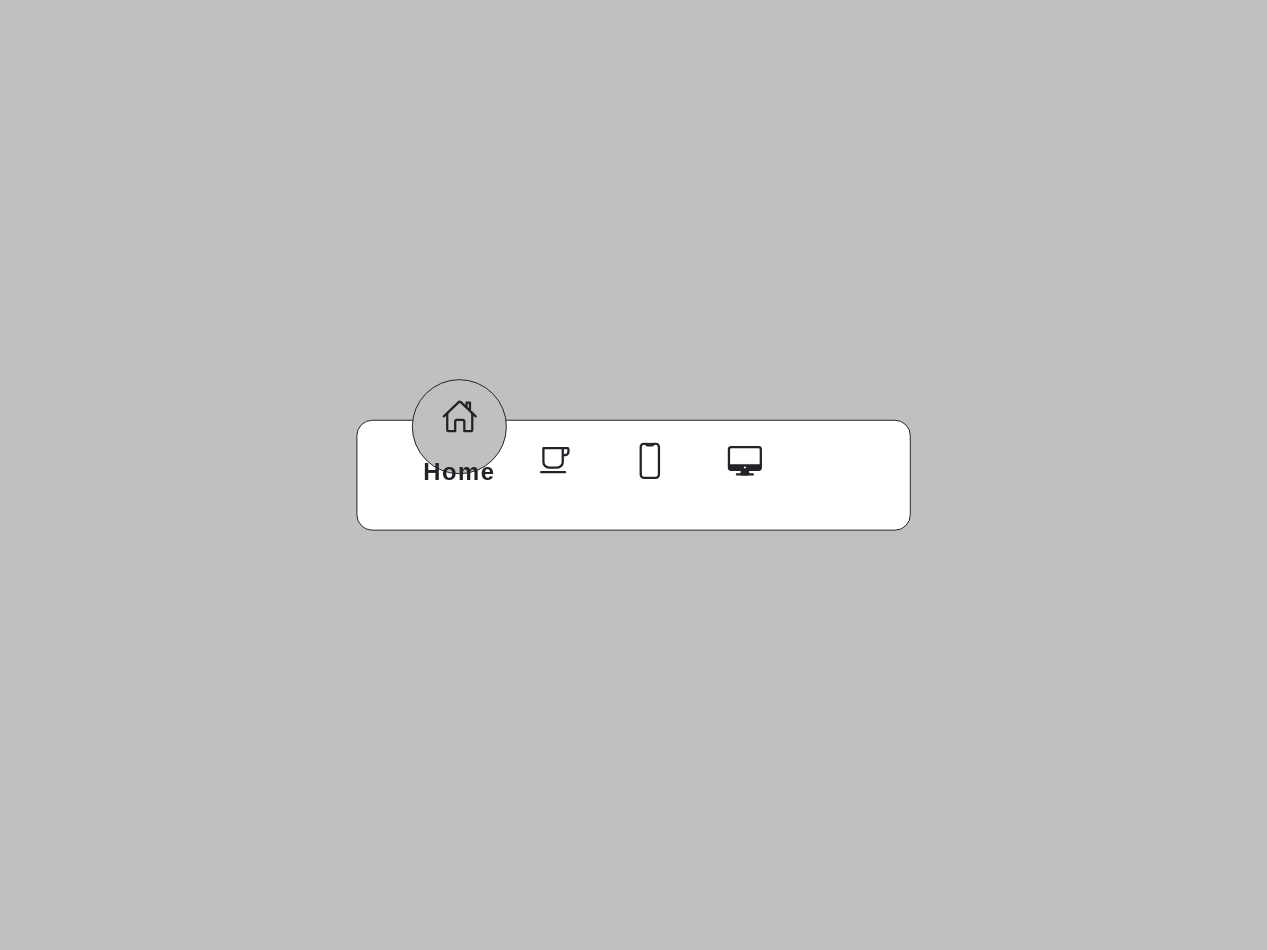
Repository: DevJoeYC/Metabukcs
Page: http://localhost/metabucks/
These files come from the project's save history. The page is drawn as it stood at one moment and after the next save; the edit follows.
The browser window is 1280 px wide. The pictures show the whole page, at 99% of full size.
The page is served by Tomcat 9. Other server files are loaded and not shown.

Above is the page before, as saved 2022-05-27 01:12:32.

### metabucks/WebContent/index.html
<!DOCTYPE html>
<html>
<head>
	<meta charset="UTF-8">
	<title>CTEAM team project nav</title>
	<link rel="stylesheet" type="text/css" href="./show/test.css">
	<script src="./show/common.js"></script>
	<script src="./show/jquery.js"></script>
</head>
<body>
	<div class="nav">
		<ul>
			<li class="list active">
				<a href="./HOME/index.jsp" target="_blank">
					<span class="icon"><ion-icon name="home-outline"></ion-icon></span>
					<span class="text">Home</span>
				</a>
			</li>
			<li class="list">
				<a href="./KIOSK/index.jsp" target="_blank">
					<span class="icon"><ion-icon name="cafe-outline"></ion-icon></span>
					<span class="text">KIOSK</span>
				</a>
			</li>
			<li class="list">
				<a href="./METAORDER/index.jsp" target="_blank">
					<span class="icon"><ion-icon name="phone-portrait-outline"></ion-icon></span>
					<span class="text">Metaoder</span>
				</a>
			</li>
			<li class="list">
				<a href="./POS/index.html" target="_blank">
					<span class="icon"><ion-icon name="desktop-outline"></ion-icon></span>
					<span class="text">POS</span>
				</a>
			</li>
			<div class="indicator"></div>
		</ul>
	</div>
	<script>
		var list = document.querySelectorAll('.list');
		function activeLink(){
			list.forEach((item) => item.classList.remove('active'));
			this.classList.add('active');
		}
		list.forEach((item) =>
		item.addEventListener('mouseover', activeLink));
	</script>
	<script type="module" src="https://unpkg.com/ionicons@5.5.2/dist/ionicons/ionicons.esm.js"></script>
	<script nomodule src="https://unpkg.com/ionicons@5.5.2/dist/ionicons/ionicons.js"></script>
</body>
</html>

### metabucks/WebContent/show/test.css
* {
	margin: 0;
	padding: 0;
	box-sizing: border-box;
	font-family: 'Poppins', sans-serif;
}

:root
{
	--clr: #222327;
}

body
{
	display: flex;
	justify-content: center;
	align-items: center;
	min-height: 60rem;
	background: silver;
}

.nav
{
	position: relative;
	width: 35rem;
	height: 7rem;
	background: #fff;
	display: flex;
	justify-content: center;
	align-items: center;
	border: 0.1rem solid var(--clr);
	border-radius: 1rem;
}

.nav ul
{
	display: flex;
	width: 28rem;
}

.nav ul li
{
	position: relative;
	list-style: none;
	width: 6rem;
	height: 6rem;
	z-index: 1;
}

.nav ul li a
{
	position: relative;
	display: flex;
	justify-content: center;
	align-items: center;
	flex-direction: column;
	width: 100%;
	text-align: center;
	font-weight: bolder;
}

.nav ul li a .icon
{
	position: relative;
	display: block;
	line-height: 5rem;
	font-size: 2.3em;
	text-align: center;
	transition: 0.5s;
	color: var(--clr);
}

.nav ul li.hover a .icon
{
	transform: translateY(-2.8rem);
}
.nav ul li.active a .icon
{
	transform: translateY(-2.8rem);
}

.nav ul li a .text
{
	position: absolute;
	color: var(--clr);
	font-weight: bolder;
	font-size: 1.5rem;
	letter-spacing: 0.1rem;
	transition: 0.5s;
	opacity: 0;
	transform: translateY(-1rem);
}

.nav ul li.hover a .text
{
	opacity: 1;
	transform: translateY(0.3rem)
}
.nav ul li.active a .text
{
	opacity: 1;
	transform: translateY(0.3rem)
}

.indicator
{
	position: absolute;
	top: -2.6rem;
	width: 6rem;
	height: 6rem;
	background: silver;
	border-radius: 50%;
	border: 0.1rem solid var(--clr);
	transition: 0.5s;
}

.nav ul li:nth-child(1).active ~ .indicator
{
	transform: translateX(calc(6rem * 0));
}
.nav ul li:nth-child(2).active ~ .indicator
{
	transform: translateX(calc(6rem * 1));
}
.nav ul li:nth-child(3).active ~ .indicator
{
	transform: translateX(calc(6rem * 2));
}
.nav ul li:nth-child(4).active ~ .indicator
{
	transform: translateX(calc(6rem * 3));
}

### metabucks/WebContent/show/common.js
/****************************************************************************************************
 *	작성자 : 함경환
 *	작성일 : 2022-05-20 11:45
****************************************************************************************************/

//선택된 메뉴를 str로 strURL의 이름을 가진 페이지에 요청을 보낸다.
//결과 값은 to의 id를 가진 곳에 반영한다
function setDiv(to, strURL, str) {
	//선택된 메뉴를 str로 strURL의 이름을 가진 페이지에 요청을 보낸다.
	$.ajax({
		type		: "POST",
		url			: strURL + str,
		dataType	: "HTML",
		contentType : "application/x-www-form-urlencoded; charset=UTF-8",
		success		: function (data) {$(to).html(data);},
		complete	: function (data) {},
		error		: function (data) {}
	});
}

function toggle(obj){
	$(obj).parent().children().css({ "background-color" : "silver" });
	$(obj).css({ "background-color" : "white" });
}

Loaded but not shown: metabucks/WebContent/show/jquery.js (library)

After the next save:
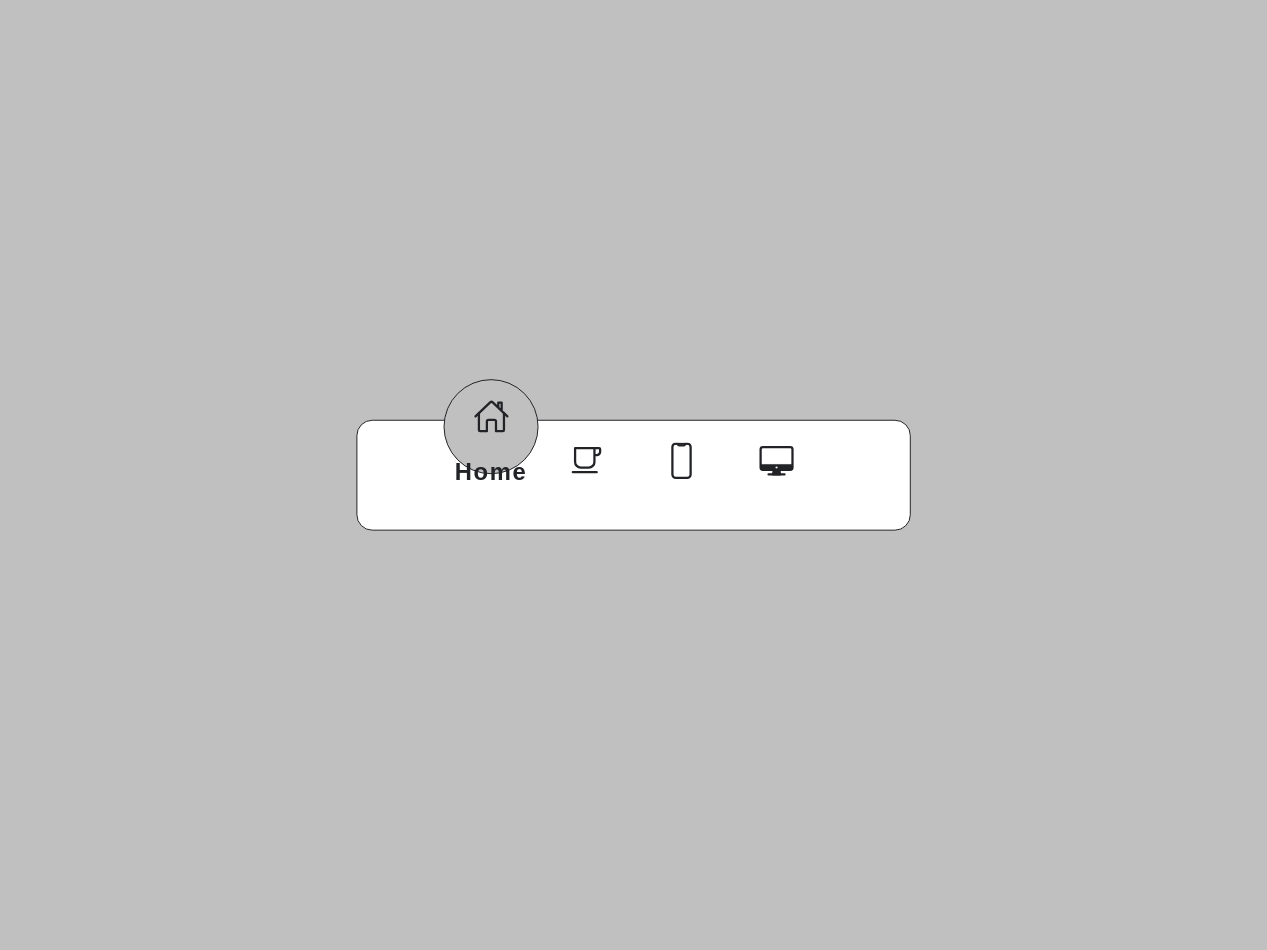
Saved 10 s later.
--- a/metabucks/WebContent/show/test.css
+++ b/metabucks/WebContent/show/test.css
@@ -35,7 +35,7 @@ body
 .nav ul
 {
 	display: flex;
-	width: 28rem;
+	width: 24rem;
 }
 
 .nav ul li
